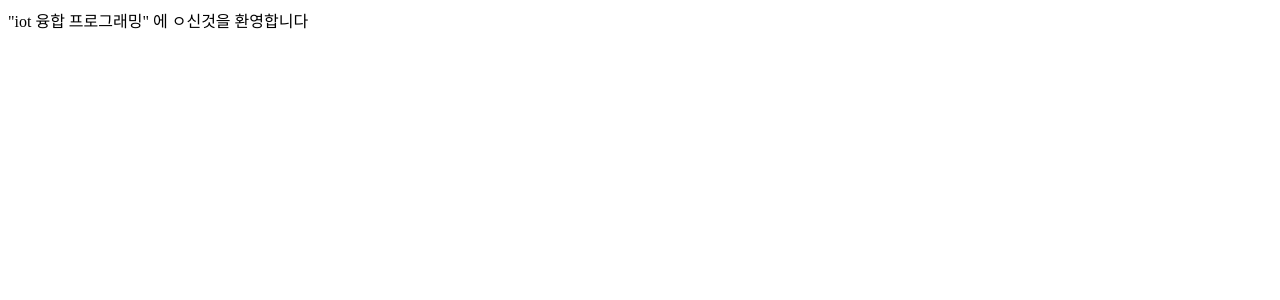
Repository: bbiot317/JSP
Page: http://localhost/Study02/
These files come from the project's save history. The page is drawn as it stood at one moment and after the next save; the edit follows.
The browser window is 1280 px wide. The pictures show the whole page.
The page is served by Tomcat 9.

Above is the page before, as saved 2022-05-30 02:19:50.

### Study02/src/main/webapp/index.jsp
<%@ page language="java" contentType="text/html; charset=utf-8"
    pageEncoding="utf-8"%>
<!DOCTYPE html>
<html>
<head>
<meta charset="utf-8">
<title>Insert title here</title>
</head>
<body>
	"iot 융합 프로그래밍"
	<% out.print("에 ㅇ신것을 환영합니다"); %>
</body>
</html>

After the next save:
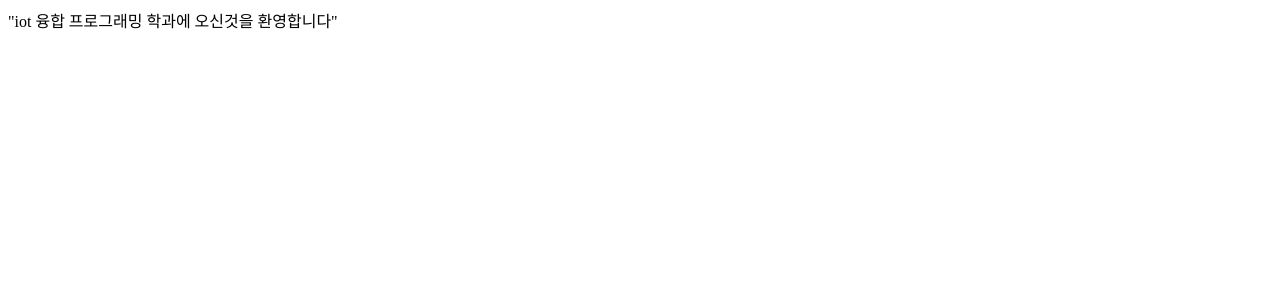
Saved 40 s later.
--- a/Study02/src/main/webapp/index.jsp
+++ b/Study02/src/main/webapp/index.jsp
@@ -7,7 +7,7 @@
 <title>Insert title here</title>
 </head>
 <body>
-	"iot 융합 프로그래밍"
-	<% out.print("에 ㅇ신것을 환영합니다"); %>
+	"iot 융합 프로그래밍
+	<% out.print("학과에 오신것을 환영합니다\""); %>
 </body>
 </html>
